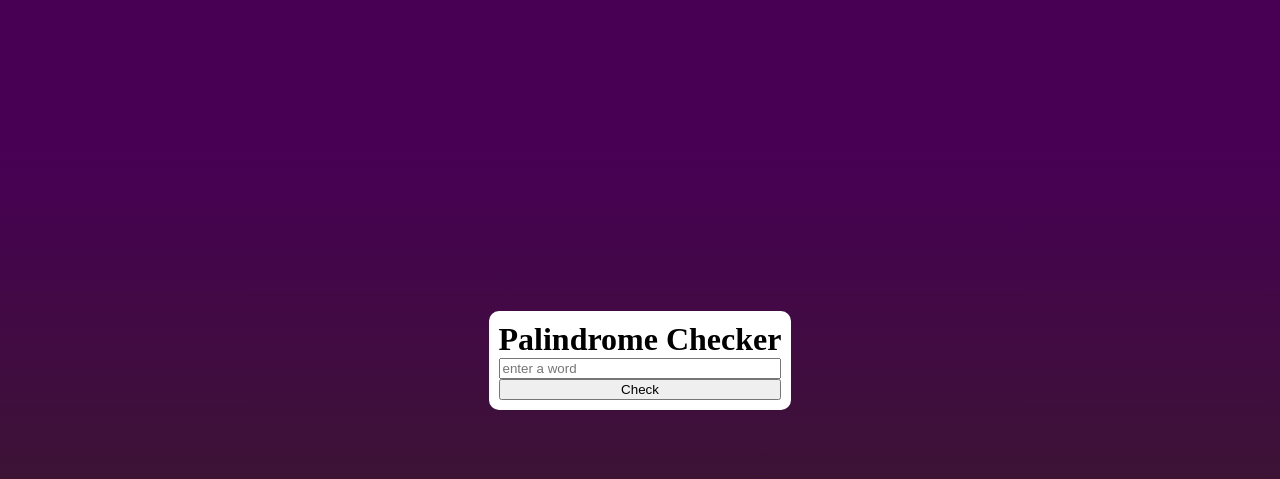
Repository: albinsabu2023/palindromeChecker
Page: index.html
The author's editor kept a copy of each file at every save. The page is drawn from the files as they stood at one save, then again after the next save.
The browser window is 1280 px wide. The pictures show the whole page.

Above is the page before, as saved 2023-09-12 01:17:45.

### index.html
<!DOCTYPE html>
<html lang="en">
<head>
    <meta charset="UTF-8">
    <meta name="viewport" content="width=device-width, initial-scale=1.0">
    <title>Document</title>
    <link rel="stylesheet" href="style.css">
</head>
<body>
    <div class="container">
        <h1>Palindrome Checker</h1>
        <input type="text" id="inputText" placeholder="enter a word">
        <button id="checkButton">Check</button>
        <div id="result">

        </div>
    </div>
    <script src="home.js"></script>
</body>
</html>

### style.css
*{
    margin:0;

}
body{
    display: flex;
    align-items: center;
    justify-content: center;
    height: 100vh;
    background:linear-gradient(rgb(72, 0, 85) 20%, rgb(58, 22, 48) 74%) ;
}
.container{
    padding: 10px;
    margin: 10px;
    background-color: white;
    border-radius: 10px;
    display: flex;
    flex-direction: column;
}

Loaded but not shown: home.js (no copy from this time; the picture is the same without it)

After the next save:
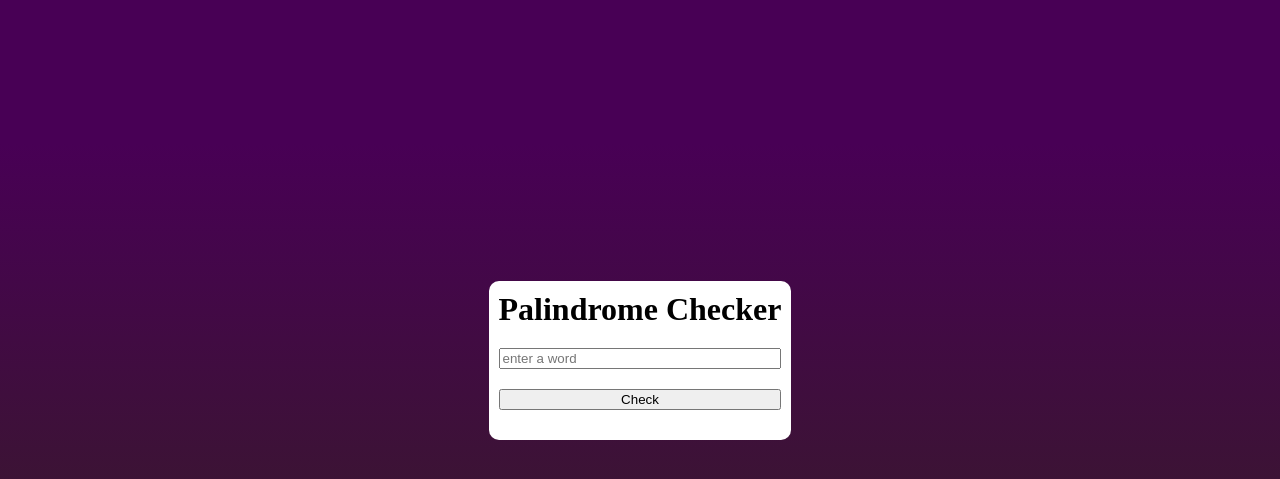
Saved 13 s later.
--- a/style.css
+++ b/style.css
@@ -15,5 +15,6 @@
     background-color: white;
     border-radius: 10px;
     display: flex;
-    flex-direction: column;
+    flex-direction: column ;
+    gap: 20px;
 }
